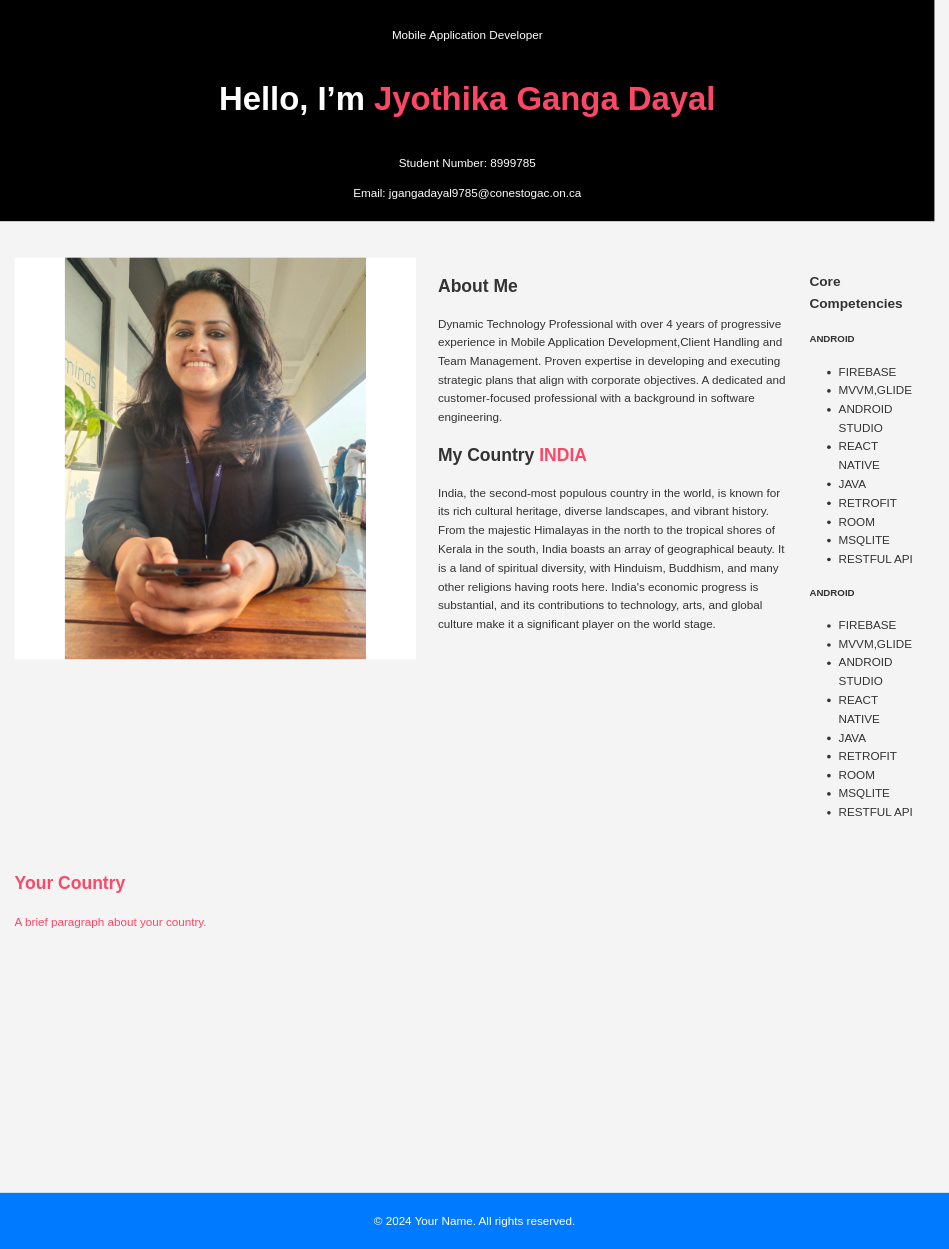
Repository: jyothika123/portfolio
Page: index.html
An editor plug-in stored every save of this project. The page is shown before and after the next save, followed by the edit.
The browser window is 1280 px wide. The page is 1300 px wide, so the pictures cover 1300 px, including what lies to the right of the window. The pictures show the whole page, at 73% of full size.
Pictures or frames that could not be fetched are drawn as grey boxes.

Above is the page before, as saved 2024-09-22 16:59:49.

After the next save:
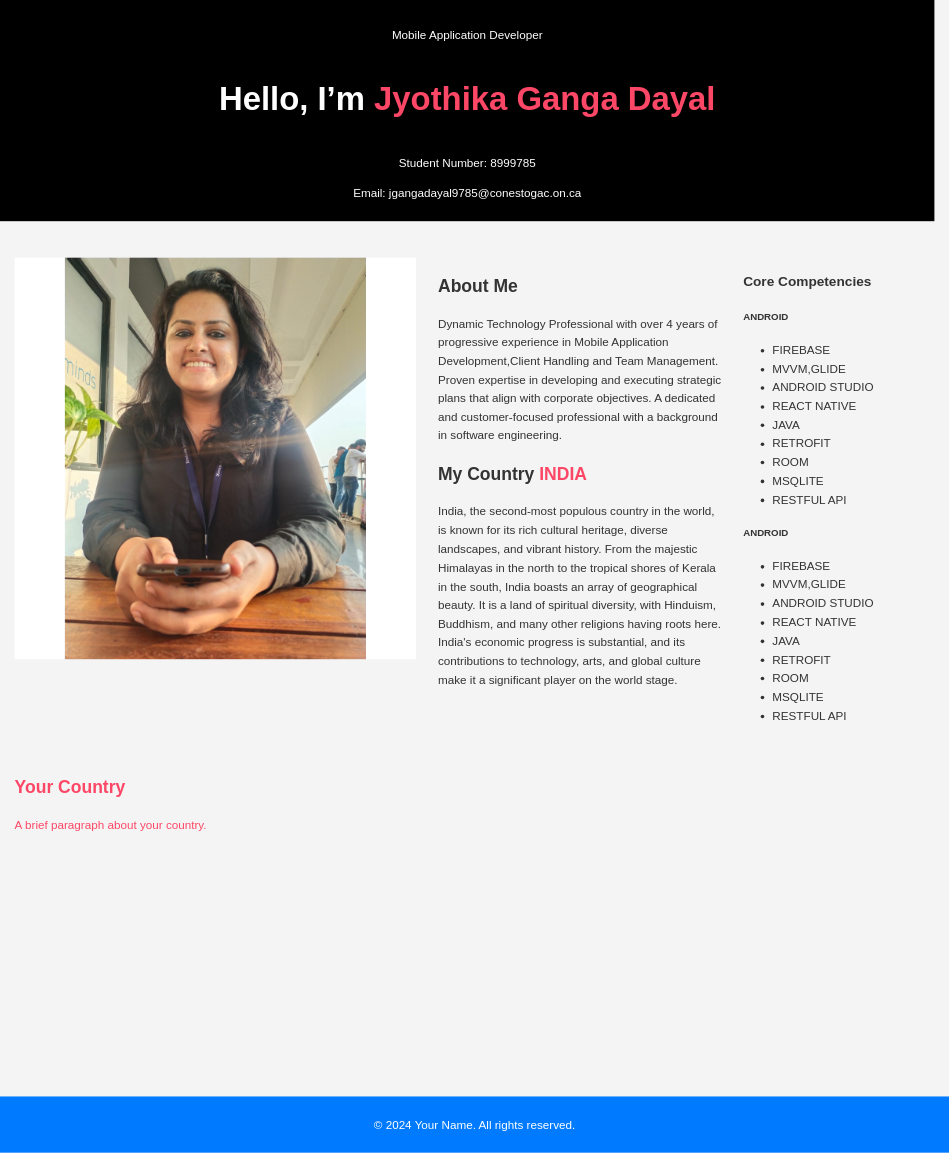
Saved 22 s later.
--- a/css/style.css
+++ b/css/style.css
@@ -67,7 +67,7 @@ footer {
   .box{
     margin-top: 30px;
     display: grid;
-    grid-template-columns: 3.5fr 0.5fr;
+    grid-template-columns: 3.2fr 0.8fr;
     gap:30px;
   }
   .country{
